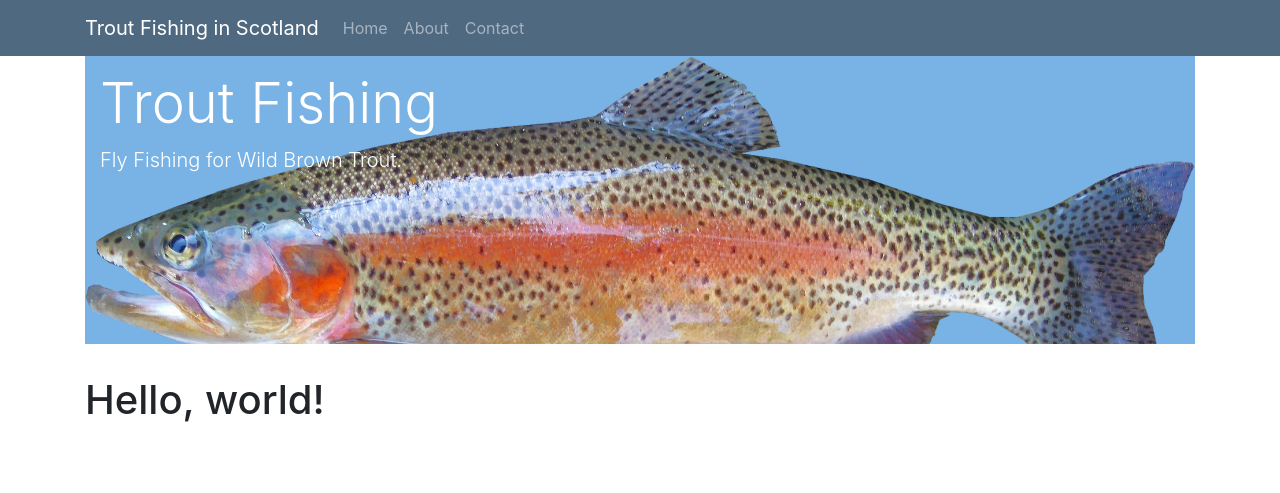
Repository: adrian9211/College_project
Page: about.html
An editor plug-in stored every save of this project. The page is shown before and after a run of saves, followed by the edit.
The browser window is 1280 px wide. The pictures show the whole page.

Above is the page before, as saved 2020-11-04 08:09:07.

After the next 2 saves:
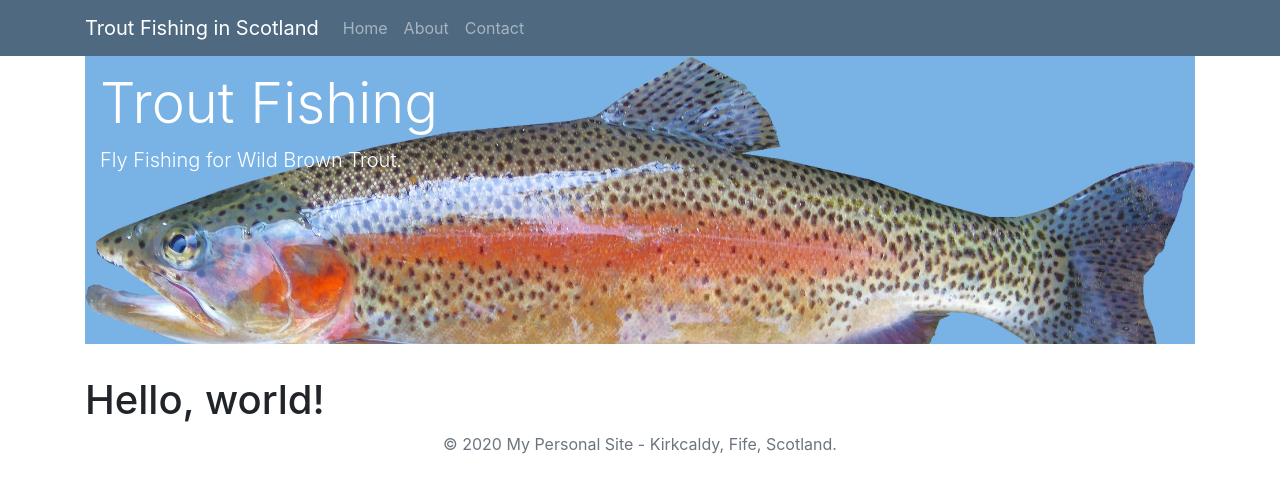
The 2 saves are shown as one change because they came seconds apart.
The last was saved 4 min 52 s later.
--- a/about.html
+++ b/about.html
@@ -48,6 +48,12 @@
 
     </div>
 
+    <footer class="footer text-center">
+      <div class="container">
+      <span class="text-muted">&copy; 2020 My Personal Site - Kirkcaldy, Fife, Scotland.</span>
+      </div>
+     </footer>
+
     <!-- Scripts for bootstrap -->
     <script src="https://code.jquery.com/jquery-3.5.1.slim.min.js" integrity="sha384-DfXdz2htPH0lsSSs5nCTpuj/zy4C+OGpamoFVy38MVBnE+IbbVYUew+OrCXaRkfj" crossorigin="anonymous"></script>
     <script src="https://cdn.jsdelivr.net/npm/bootstrap@4.5.3/dist/js/bootstrap.bundle.min.js" integrity="sha384-ho+j7jyWK8fNQe+A12Hb8AhRq26LrZ/JpcUGGOn+Y7RsweNrtN/tE3MoK7ZeZDyx" crossorigin="anonymous"></script>
